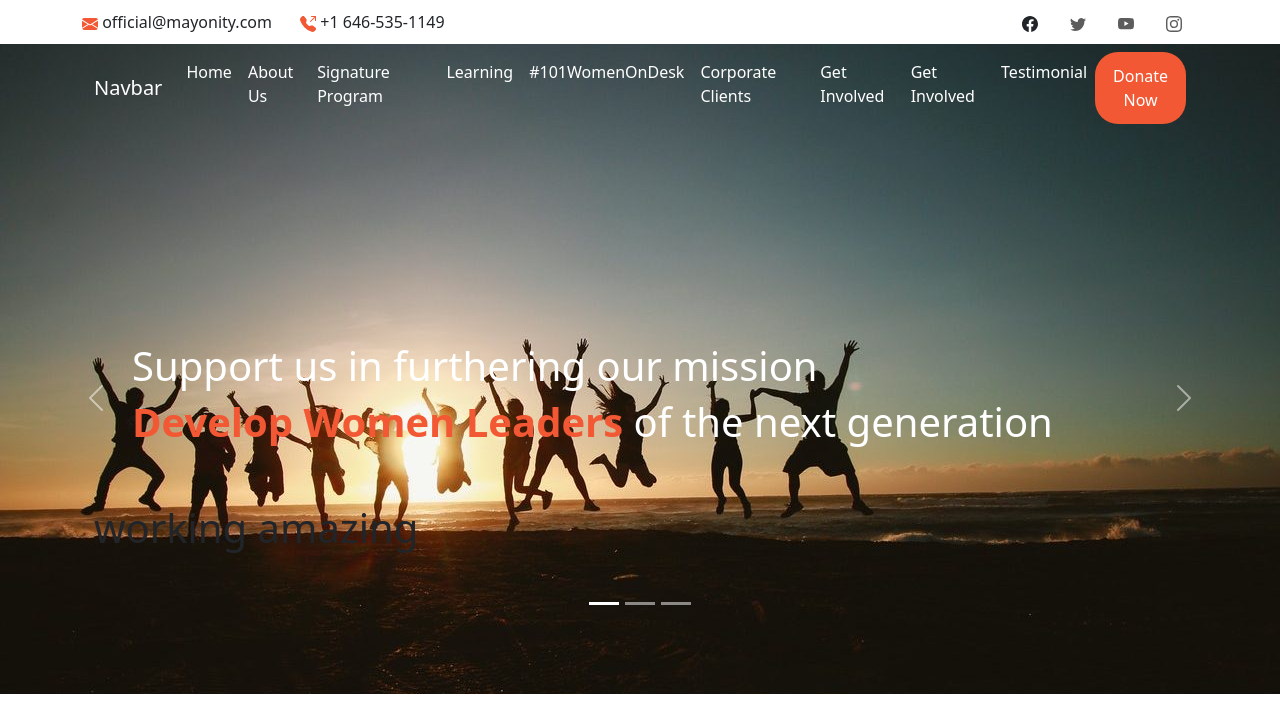
Repository: rizwan-zafar/wings
Page: /
An editor plug-in stored every save of this project. The page is shown before and after the next save, followed by the edit.
The browser window is 1280 px wide. The pictures show the whole page.
The project was rebuilt for these pictures with package versions that can differ from the ones it lists, and the page was loaded fresh each time.

Above is the page before, as saved 2022-11-26 22:58:15.

### public/index.html
<!DOCTYPE html>
<html lang="en">
  <head>
    <meta charset="utf-8" />
    <link rel="icon" href="%PUBLIC_URL%/favicon.ico" />
    <meta name="viewport" content="width=device-width, initial-scale=1" />
    <meta name="theme-color" content="#000000" />
    <meta
      name="description"
      content="Web site created using create-react-app"
    />
    <link rel="apple-touch-icon" href="%PUBLIC_URL%/logo192.png" />
    <!--
      manifest.json provides metadata used when your web app is installed on a
      user's mobile device or desktop. See https://developers.google.com/web/fundamentals/web-app-manifest/
    -->
    <link rel="manifest" href="%PUBLIC_URL%/manifest.json" />
    <!--
      Notice the use of %PUBLIC_URL% in the tags above.
      It will be replaced with the URL of the `public` folder during the build.
      Only files inside the `public` folder can be referenced from the HTML.

      Unlike "/favicon.ico" or "favicon.ico", "%PUBLIC_URL%/favicon.ico" will
      work correctly both with client-side routing and a non-root public URL.
      Learn how to configure a non-root public URL by running `npm run build`.
    -->
    <title>Wings</title>
  </head>
  <body>
    <noscript>You need to enable JavaScript to run this app.</noscript>
    <div id="root"></div>
    <!--
      This HTML file is a template.
      If you open it directly in the browser, you will see an empty page.

      You can add webfonts, meta tags, or analytics to this file.
      The build step will place the bundled scripts into the <body> tag.

      To begin the development, run `npm start` or `yarn start`.
      To create a production bundle, use `npm run build` or `yarn build`.
    -->
  </body>
</html>

### src/index.js
import React from 'react';
import ReactDOM from 'react-dom/client';
import './index.css';
import App from './App';
import "../node_modules/bootstrap/dist/css/bootstrap.min.css"
import "../node_modules/bootstrap/dist/js/bootstrap.min.js"

const root = ReactDOM.createRoot(document.getElementById('root'));
root.render(
  <React.StrictMode>
    <App />
  </React.StrictMode>
);

// If you want to start measuring performance in your app, pass a function
// to log results (for example: reportWebVitals(console.log))
// or send to an analytics endpoint. Learn more: https://bit.ly/CRA-vitals

### src/index.css
html {
  margin: 0;
  padding: 0;
  font-family: -apple-system, BlinkMacSystemFont, 'Segoe UI', 'Roboto', 'Oxygen',
    'Ubuntu', 'Cantarell', 'Fira Sans', 'Droid Sans', 'Helvetica Neue',
    sans-serif;
  -webkit-font-smoothing: antialiased;
  -moz-osx-font-smoothing: grayscale;
}
.icons{
  color:#f15833 ;
}
.social-icons{
  color:#000000a3
}

### src/App.js
import Home from "./Pages/Home"
function App() {
  return (

    <>
      <Home />
    </>

  );
}

export default App;

### src/Pages/Home.js
import React from 'react'
import TopNavbar from "../Components/Topnavbar"
// import Navbar from "../Components/Navbar"
import Slider from "../Components/Slider"
export default function Home() {
    return (
        <div>
            <TopNavbar />
            {/* <Navbar /> */}
            <Slider />
        </div>
    )
}

### src/Components/Topnavbar.js
import React from 'react'
import "../Css/Topnav.css"
import { EnvelopeFill, TelephoneOutboundFill, Twitter, Youtube, Instagram, Facebook } from "react-bootstrap-icons"
export default function Topnavbar() {
    return (
        <div className="top-bar container d-flex justify-content-between">
            <div>
                <span> <EnvelopeFill className="icons" /> official@mayonity.com</span>
                <span className="set-padding p-4"> <TelephoneOutboundFill className="icons ml-3" /> +1 646-535-1149</span>
            </div>
            <div>
                <span className="p-3 social-icons-"><Facebook /></span>
                <span className="p-3 social-icons"><Twitter /></span>
                <span className="p-3 social-icons"><Youtube /></span>
                <span className="p-3 social-icons"><Instagram /></span>
            </div>
        </div>
    )
}

### src/Components/Slider.js
import React from 'react'
import "../Css/Slider.css"
import Navbar from "../Components/Navbar"
export default function Slider() {
    return (
        <div className="set-slider">
            <Navbar />
             <div id="carouselExampleCaptions" className=" carousel slide" data-bs-ride="false">
                <div className="carousel-indicators">
                    <button type="button" data-bs-target="#carouselExampleCaptions" data-bs-slide-to="0" className="active" aria-current="true" aria-label="Slide 1"></button>
                    <button type="button" data-bs-target="#carouselExampleCaptions" data-bs-slide-to="1" aria-label="Slide 2"></button>
                    <button type="button" data-bs-target="#carouselExampleCaptions" data-bs-slide-to="2" aria-label="Slide 3"></button>
                </div>
                <div className="carousel-inner container">
                    <div className="carousel-item active">
                         <div>
                            <h1>Support us in furthering our mission</h1>
                            <h1><strong>Develop Women Leaders</strong> of the next generation</h1>
                        </div>
                    </div>
                </div>
                <div>
                    <button className="carousel-control-prev" type="button" data-bs-target="#carouselExampleCaptions" data-bs-slide="prev">
                        <span className="carousel-control-prev-icon" aria-hidden="true"></span>
                        <span className="visually-hidden">Previous</span>
                    </button>
                    <button className="carousel-control-next" type="button" data-bs-target="#carouselExampleCaptions" data-bs-slide="next">
                        <span className="carousel-control-next-icon" aria-hidden="true"></span>
                        <span className="visually-hidden">Next</span>
                    </button>
                </div>
            </div>
            <div className="container">
                <div className="container">
                    <h1>working amazing</h1>
                </div>
            </div>
        </div>
    )
}

### src/Css/Topnav.css
.top-bar{
background-color: #fff;
padding: 10px;
}
.nav-container .btn
{
    background: #f15833;
    border-radius: 23px;
    color: white;
    padding: 11px;
    font-weight: 500;
}
 .nav-container nav ul li a
{
    color:  white;
}

### src/Css/Slider.css
.set-slider{
    background-image: url("/public/Images/header.jpg");
    background-size: cover;
    background-repeat: no-repeat;
    height: 650px;
}
.set-slider .carousel-indicators{
    top:300px
}
.set-slider .carousel-inner
{
     margin-top: 160px;
     color:white
}
.set-slider .carousel-inner .carousel-item>div
{

    padding: 50px;
}
.set-slider .carousel-inner h1
{

    font-weight: 400;
}
.set-slider .carousel-inner h1 strong
{
    color:#f15833
}

### src/Components/Navbar.js
import React from 'react'

export default function Navbar() {
    return (
        <div className="nav-container container">
        <nav className="navbar navbar-expand-lg navbar-dark">
  <div className="container-fluid">
    <a className="navbar-brand" href="/">Navbar</a>
    <button className="navbar-toggler" type="button" data-bs-toggle="collapse" data-bs-target="#navbarNav" aria-controls="navbarNav" aria-expanded="false" aria-label="Toggle navigation">
      <span className="navbar-toggler-icon"></span>
    </button>
    <div className="collapse navbar-collapse" id="navbarNav">
      <ul className="navbar-nav ms-auto">
        <li className="nav-item">
          <a className="nav-link active" aria-current="page" href="/">Home</a>
        </li>
        <li className="nav-item">
          <a className="nav-link" href="/">About Us</a>
        </li>
        <li className="nav-item">
          <a className="nav-link" href="/">Signature Program</a>
        </li>
        <li className="nav-item">
          <a className="nav-link" href="/">Learning</a>
        </li>
        <li className="nav-item">
          <a className="nav-link" href="/">#101WomenOnDesk</a>
        </li>
        <li className="nav-item">
          <a className="nav-link" href="/">Corporate Clients</a>
        </li>
        <li className="nav-item">
          <a className="nav-link" href="/">Get Involved</a>
        </li>
        <li className="nav-item">
          <a className="nav-link" href="/">Get Involved</a>
        </li>
        <li className="nav-item">
          <a className="nav-link" href="/">Testimonial</a>
        </li>
        <li className="nav-item">
          <a className="nav-link btn " href="/">Donate Now</a>
        </li>

      </ul>
    </div>
  </div>
</nav>
        </div>
    )
}

After the next save:
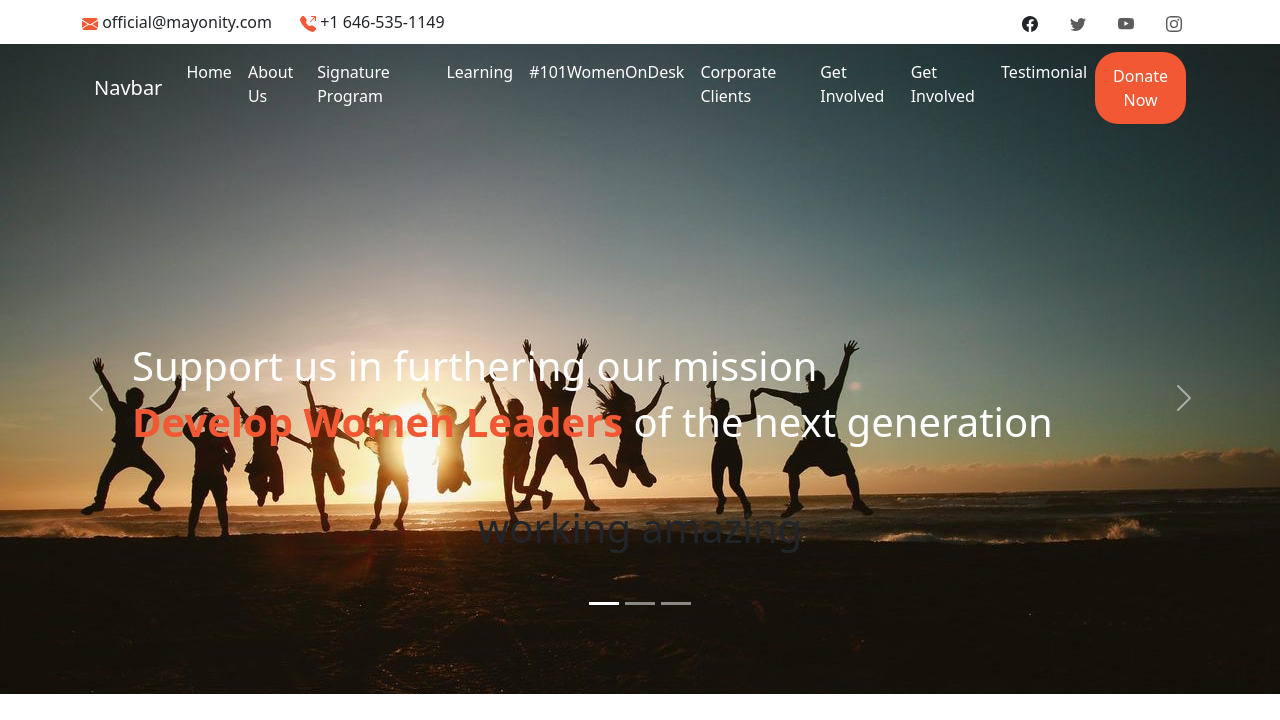
Saved 94 s later.
--- a/src/Components/Slider.js
+++ b/src/Components/Slider.js
@@ -31,7 +31,7 @@ export default function Slider() {
                 </div>
             </div>
             <div className="container">
-                <div className="container">
+                <div className="container text-center">
                     <h1>working amazing</h1>
                 </div>
             </div>
